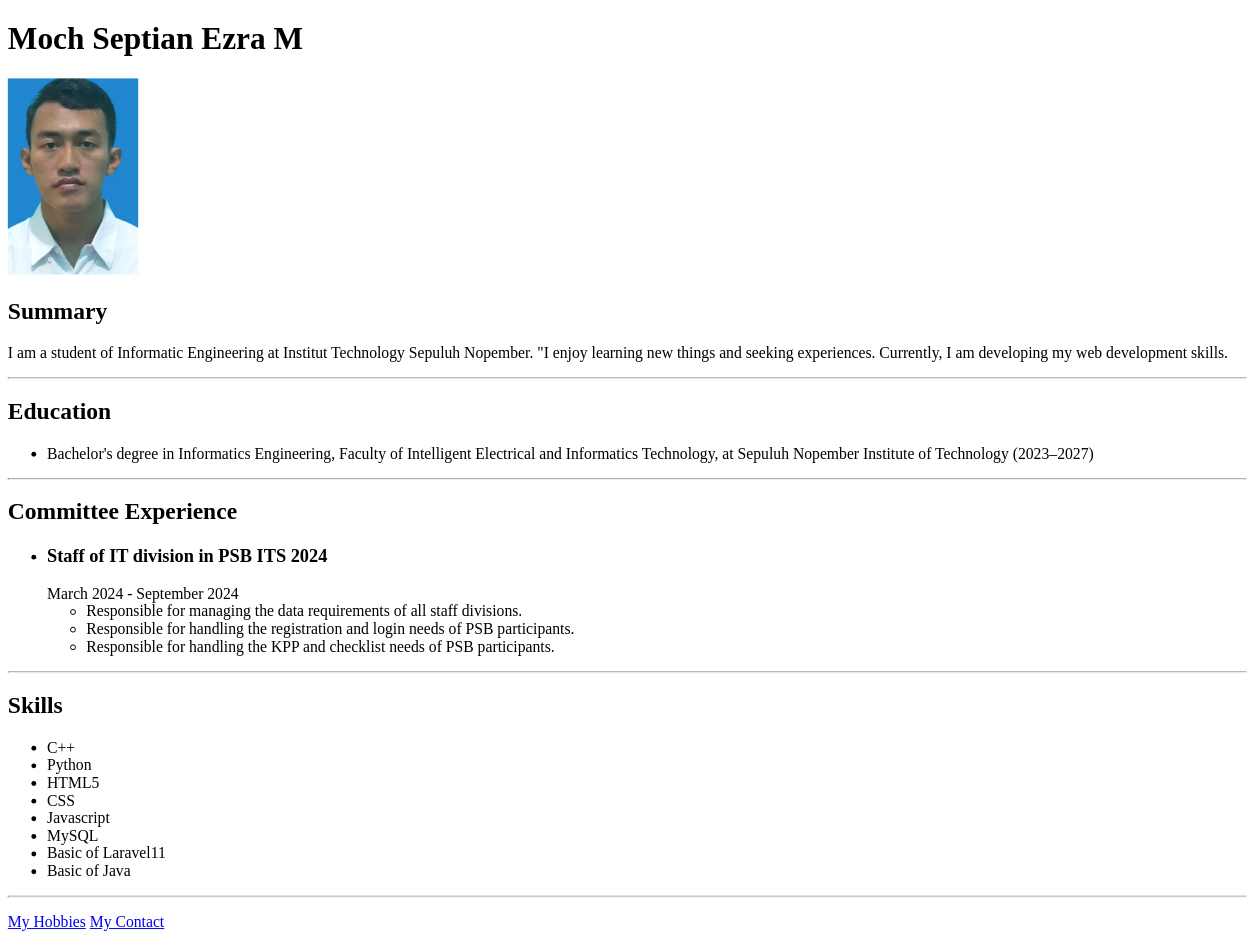
Repository: arzeee/Web_Course
Page: Capstone Project 1/index.html
The author's editor kept a copy of each file at every save. The page is drawn from the files as they stood at one save, then again after a run of saves.
The browser window is 1280 px wide. The pictures show the whole page, at 98% of full size.

Above is the page before, as saved 2024-12-06 08:04:46.

After the next 2 saves:
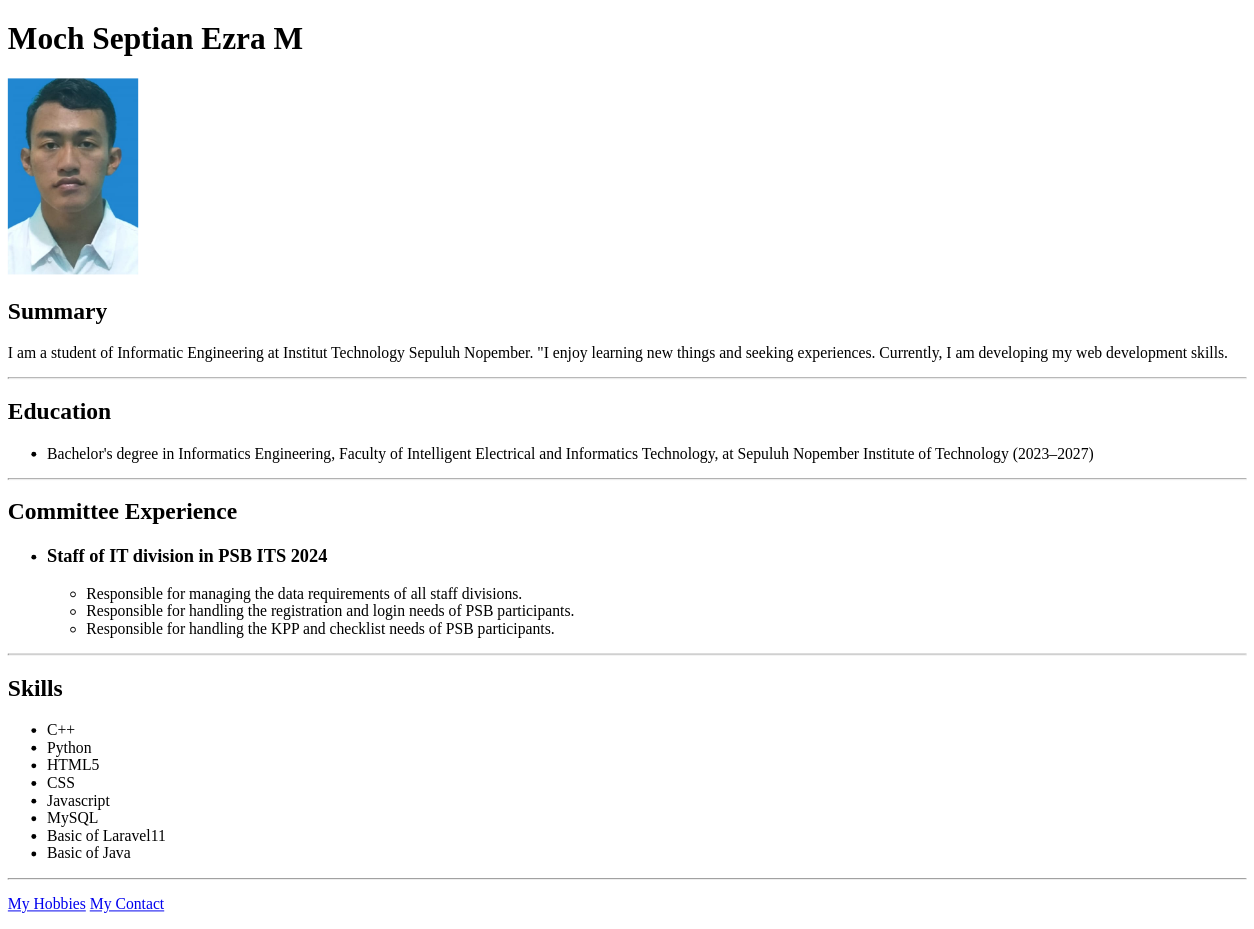
The 2 saves are shown as one change because they came seconds apart.
The last was saved 7 s later.
--- a/Capstone Project 1/index.html
+++ b/Capstone Project 1/index.html
@@ -23,7 +23,6 @@
     <ul>
         <li><h3>Staff of IT division in PSB ITS 2024</h3>
         </li>
-        March 2024 - September 2024
             <ul>
                 <li>Responsible for managing the data requirements of all staff divisions.</li>
                 <li>Responsible for handling the registration and login needs of PSB participants.</li>
